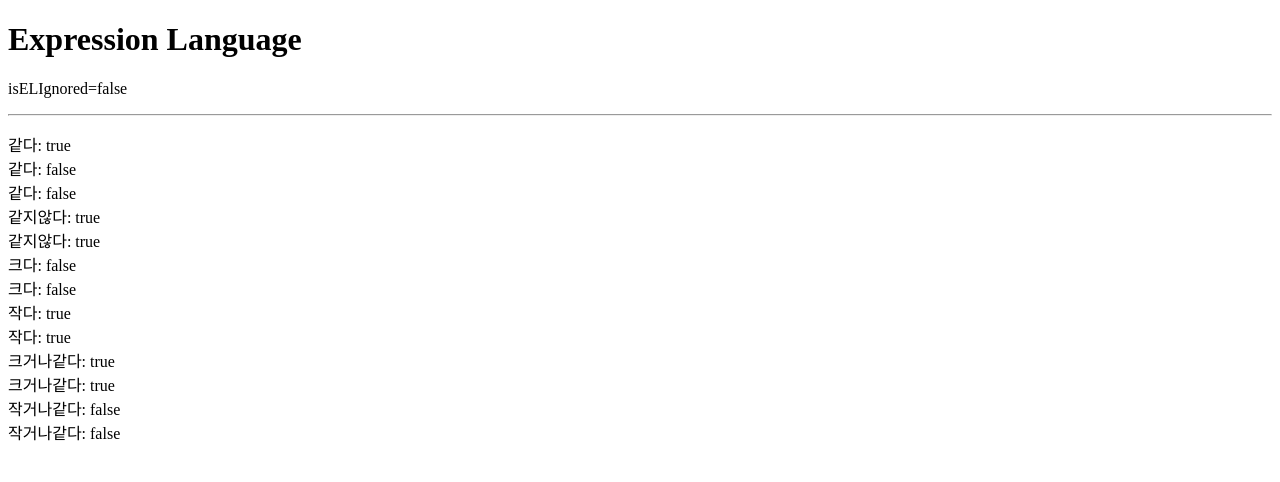
Repository: jsb5589/JAVAStudy
Page: http://localhost/JSP04/elTest5.jsp
The author's editor kept a copy of each file at every save. The page is drawn from the files as they stood at one save, then again after the next save.
The browser window is 1280 px wide. The pictures show the whole page.
The page is served by Tomcat 9. Other server files are loaded and not shown.

Above is the page before, as saved 2021-08-12 06:28:06.

### EZWebs/JSP04/src/main/webapp/elTest5.jsp
<%@ page language="java" contentType="text/html; charset=UTF-8"
    pageEncoding="UTF-8"%>
<!DOCTYPE html>
<html>
<head>
<meta charset="UTF-8">
<title>Expression Language</title>
</head>
<body>
	<h1>Expression Language</h1>
	<p>isELIgnored=false</p>
	<hr>
	<p>
		같다: ${10 == 10} <br>
		같다: ${10 eq 20} <br>
		같다: ${"hello" eq "world"} <br>
		같지않다: ${"hello" != "world"} <br>
		같지않다: ${"hello" ne "world"} <br>
		크다: ${11 > 12} <br>
		크다: ${11 gt 12} <br>
		작다: ${11 < 12} <br>
		작다: ${11 lt 12} <br>
		크거나같다: ${10 >= 5} <br>
		크거나같다: ${10 ge 5} <br>
		작거나같다: ${10 <= 5} <br>
		작거나같다: ${10 le 5} <br>
	</p>
</body>
</html>

After the next save:
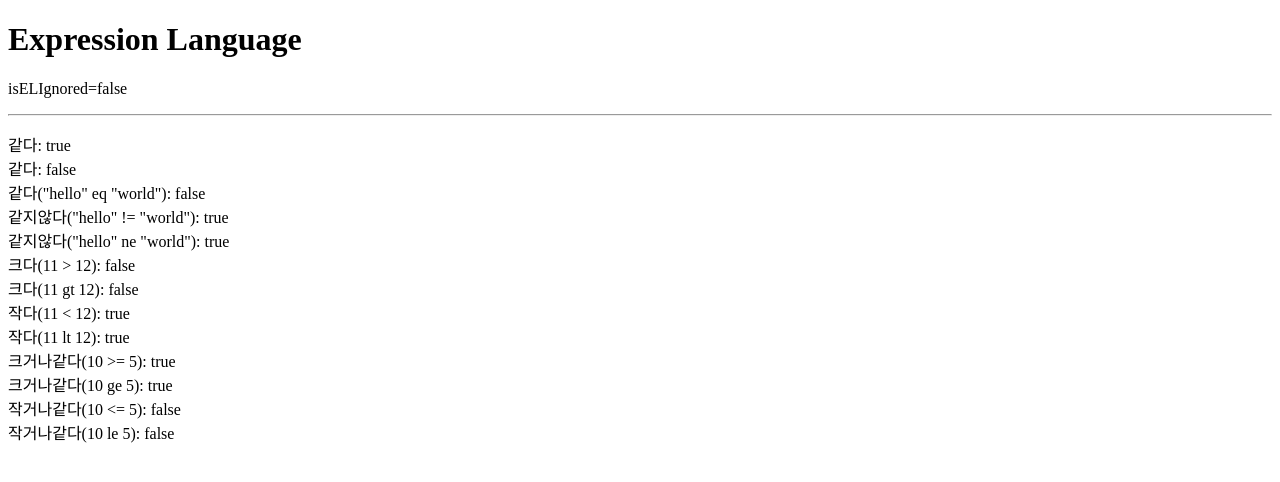
Saved 2 min 26 s later.
--- a/EZWebs/JSP04/src/main/webapp/elTest5.jsp
+++ b/EZWebs/JSP04/src/main/webapp/elTest5.jsp
@@ -13,17 +13,17 @@
 	<p>
 		같다: ${10 == 10} <br>
 		같다: ${10 eq 20} <br>
-		같다: ${"hello" eq "world"} <br>
-		같지않다: ${"hello" != "world"} <br>
-		같지않다: ${"hello" ne "world"} <br>
-		크다: ${11 > 12} <br>
-		크다: ${11 gt 12} <br>
-		작다: ${11 < 12} <br>
-		작다: ${11 lt 12} <br>
-		크거나같다: ${10 >= 5} <br>
-		크거나같다: ${10 ge 5} <br>
-		작거나같다: ${10 <= 5} <br>
-		작거나같다: ${10 le 5} <br>
+		같다("hello" eq "world"): ${"hello" eq "world"} <br>
+		같지않다("hello" != "world"): ${"hello" != "world"} <br>
+		같지않다("hello" ne "world"): ${"hello" ne "world"} <br>
+		크다(11 > 12): ${11 > 12} <br>
+		크다(11 gt 12): ${11 gt 12} <br>
+		작다(11 < 12): ${11 < 12} <br>
+		작다(11 lt 12): ${11 lt 12} <br>
+		크거나같다(10 >= 5): ${10 >= 5} <br>
+		크거나같다(10 ge 5): ${10 ge 5} <br>
+		작거나같다(10 <= 5): ${10 <= 5} <br>
+		작거나같다(10 le 5): ${10 le 5} <br>
 	</p>
 </body>
 </html>
